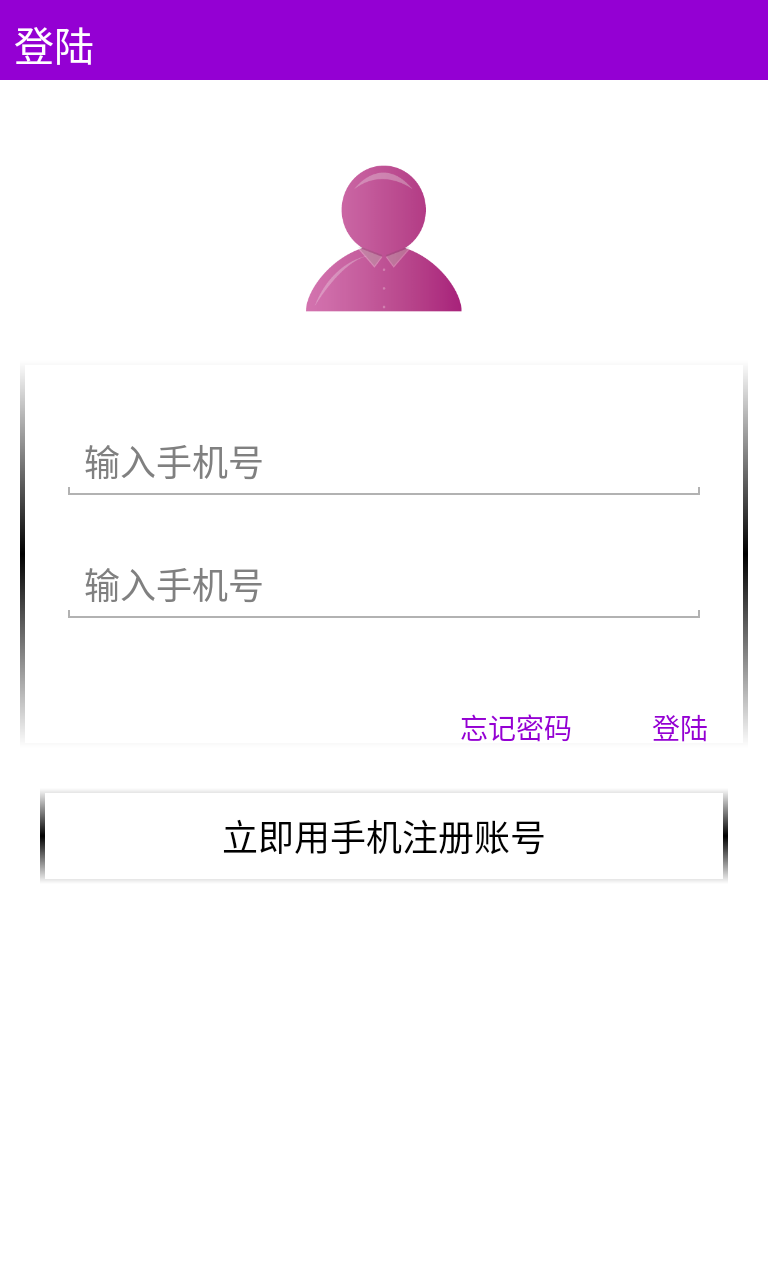
Repository: mrhanliang/Android_4.2
Layout: Android_Level_work/res/layout/activity_main.xml
The author's editor kept a copy of each file at every save. The layout is drawn from the files as they stood at one save, then again after the next save.
It is drawn on a 768 x 1280 px phone screen (xhdpi) without system bars, with theme AppTheme; the app's code is not run.

Above is the layout before, as saved 2015-12-05 13:31:19.

After the next save:
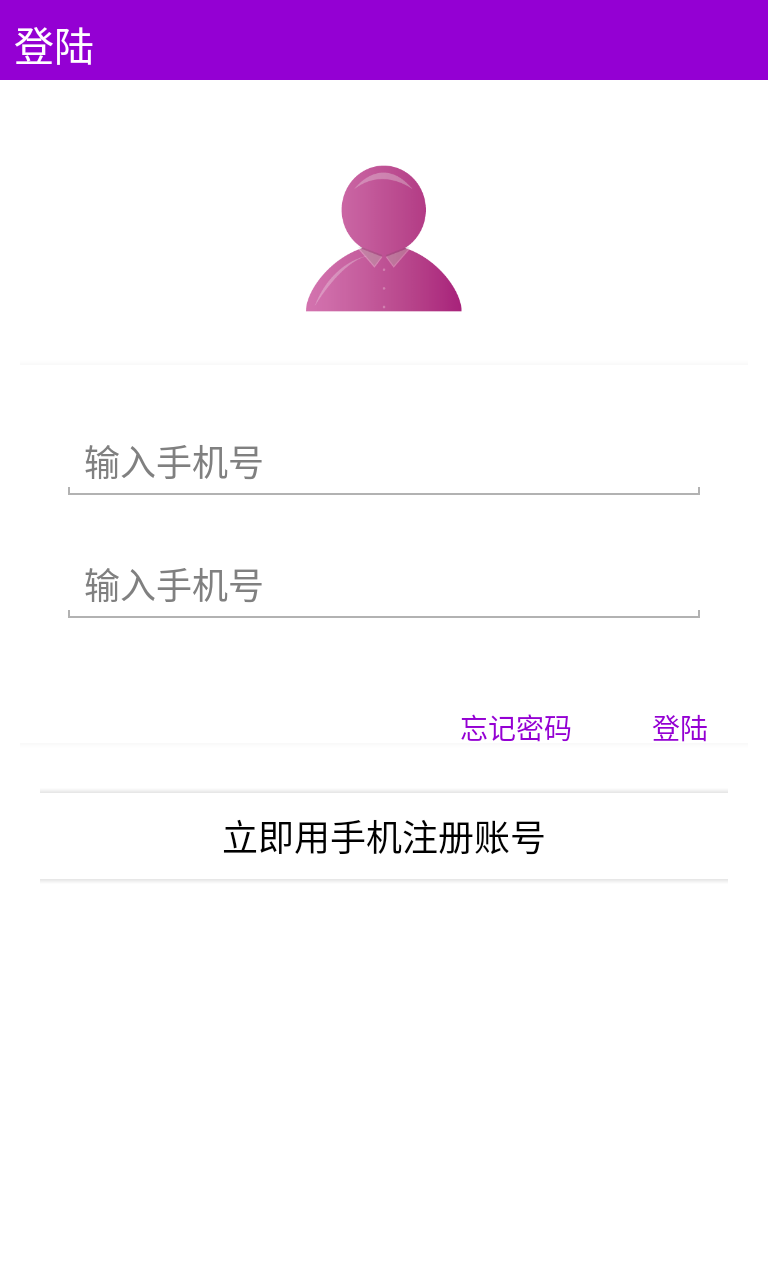
Saved 50 s later.
--- a/Android_Level_work/res/drawable-v14/html.xml
+++ b/Android_Level_work/res/drawable-v14/html.xml
@@ -13,9 +13,7 @@
 
     <item
         android:bottom="5px"
-        android:top="5px"
-        android:right="5px"
-        android:left="5px">
+        android:top="5px">
 
         <shape android:shape="rectangle">
             <solid android:color="#ffffff"
